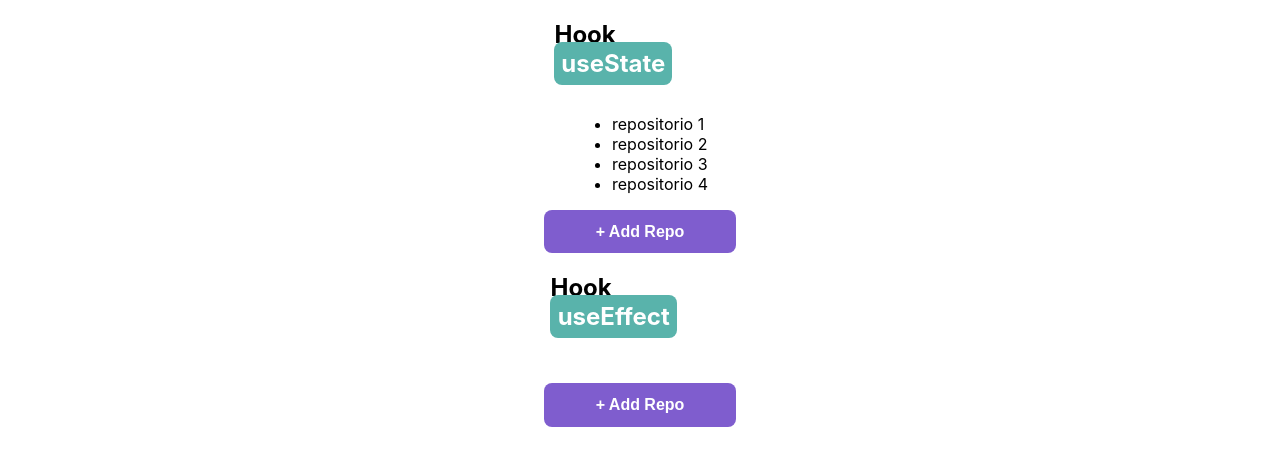
Repository: thiagolucio/react-hooks-use
Page: /
The author's editor kept a copy of each file at every save. The page is drawn from the files as they stood at one save, then again after the next save.
The browser window is 1280 px wide. The pictures show the whole page.
The project was rebuilt for these pictures with package versions that can differ from the ones it lists, and the page was loaded fresh each time.

Above is the page before, as saved 2022-03-08 22:40:18.

After the next save:
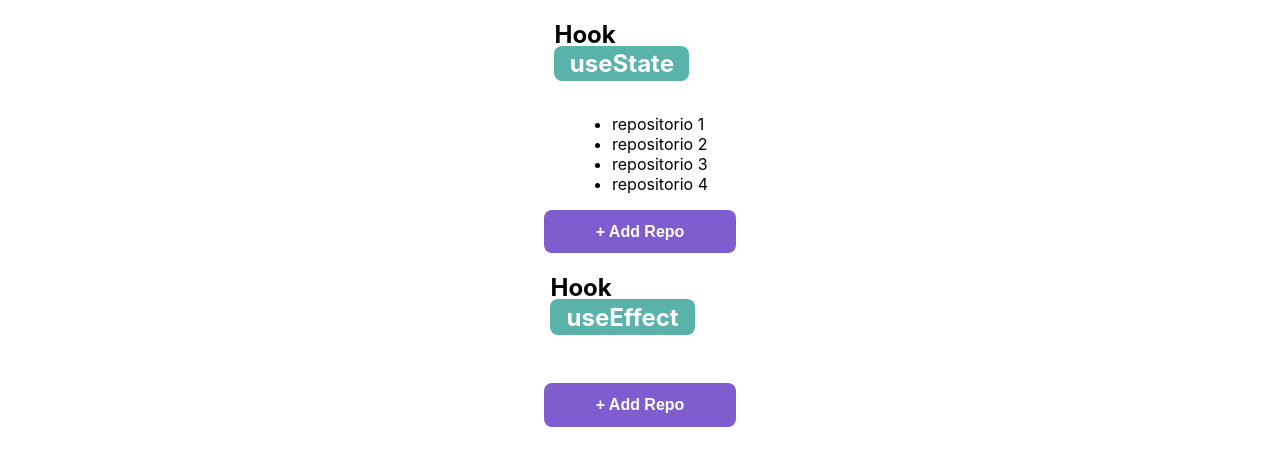
Saved 15 s later.
--- a/src/Components/UseStateExample.css
+++ b/src/Components/UseStateExample.css
@@ -27,7 +27,7 @@
 
 .badge-title {
     font-size: 24px;
-    padding: 4%;
+    padding: 2% 9%;
     background-color: #59b3ab;
     color: #fff;
     font-weight: bold;
